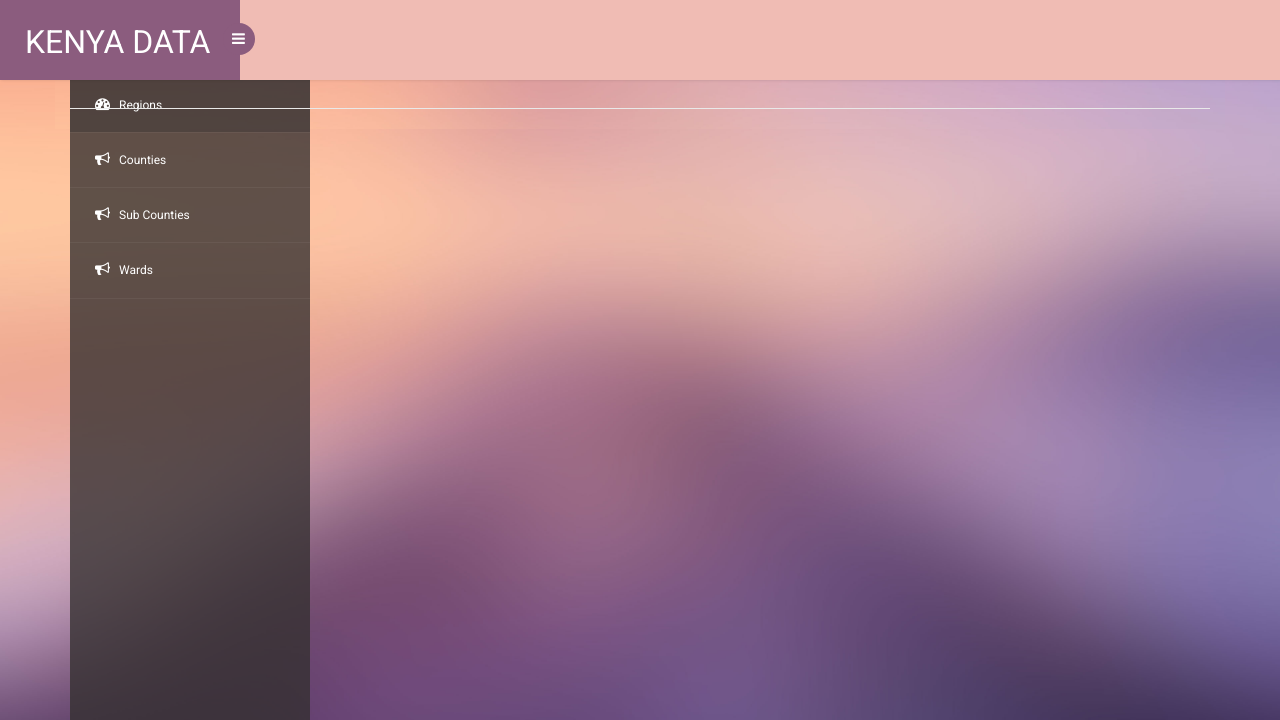
Repository: JessyLedama/KenyaSubdivisionData
Page: http://localhost/regions
An editor plug-in stored every save of this project. The page is shown before and after the next save, followed by the edit.
The browser window is 1280 px wide. The pictures show the whole page.
The page is served by the project's Laravel application, run on PHP 8.4 with Laravel 8. Other server files are loaded and not shown. Queries for data that is not in the repository find no rows.

Above is the page before, as saved 2022-08-30 14:35:54.

### routes/web.php
<?php

use Illuminate\Support\Facades\Route;
use App\Http\Controllers\CountyController;
use App\Http\Controllers\SubCountyController;
use App\Http\Controllers\RegionController;
use App\Http\Controllers\DataController;
use App\Http\Controllers\WardController;

/*
|--------------------------------------------------------------------------
| Web Routes
|--------------------------------------------------------------------------
|
| Here is where you can register web routes for your application. These
| routes are loaded by the RouteServiceProvider within a group which
| contains the "web" middleware group. Now create something great!
|
*/

Route::get('/', [DataController::class, 'index'])->name('data.index');

Route::get('/counties', [CountyController::class, 'index'])->name('counties.index');

Route::get('/sub-counties', [SubCountyController::class, 'index'])->name('subCounties.index');

Route::get('/wards', [WardController::class, 'index'])->name('wards.index');

Route::get('/regions', [RegionController::class, 'index'])->name('regions.index');

### app/Http/Controllers/RegionController.php
<?php

namespace App\Http\Controllers;

use App\Models\Region;
use Illuminate\Http\Request;
use App\Services\RegionService;

class RegionController extends Controller
{
    /**
     * Display a listing of the resource.
     *
     * @return \Illuminate\Http\Response
     */
    public function index()
    {
        $regionsData = RegionService::all();
        $regions = $regionsData['regions'];
        $regionsCount = $regionsData['regionsCount'];

        return view('regions.index', compact('regions', 'regionsCount'));
    }

    /**
     * Show the form for creating a new resource.
     *
     * @return \Illuminate\Http\Response
     */
    public function create()
    {
        return view('regions.create');
    }

    /**
     * Store a newly created resource in storage.
     *
     * @param  \Illuminate\Http\Request  $request
     * @return \Illuminate\Http\Response
     */
    public function store(Request $request)
    {
        //
    }

    /**
     * Display the specified resource.
     *
     * @param  \App\Models\Region  $region
     * @return \Illuminate\Http\Response
     */
    public function show(Region $region)
    {
        //
    }

    /**
     * Show the form for editing the specified resource.
     *
     * @param  \App\Models\Region  $region
     * @return \Illuminate\Http\Response
     */
    public function edit(Region $region)
    {
        //
    }

    /**
     * Update the specified resource in storage.
     *
     * @param  \Illuminate\Http\Request  $request
     * @param  \App\Models\Region  $region
     * @return \Illuminate\Http\Response
     */
    public function update(Request $request, Region $region)
    {
        //
    }

    /**
     * Remove the specified resource from storage.
     *
     * @param  \App\Models\Region  $region
     * @return \Illuminate\Http\Response
     */
    public function destroy(Region $region)
    {
        //
    }
}

### app/Services/RegionService.php
<?php

namespace App\Services;

use App\Models\Region;

class RegionService
{
    public static function all()
    {
        $regions = Region::paginate(10);
        $regionsCount = Region::count();

        return [
            'regions' => $regions,
            'regionsCount' => $regionsCount
        ];
    }
}

### app/Models/Region.php
<?php

namespace App\Models;

use Illuminate\Database\Eloquent\Factories\HasFactory;
use Illuminate\Database\Eloquent\Model;
use App\Models\County;

class Region extends Model
{
    use HasFactory;

    protected $fillable = [
        'name',
    ];

    public function county(){
        return $this->hasMany(County::class);
    }

    public function subCounties(){
        return $this->hasManyThrough(SubCounty::class, County::class);
    }
}

### resources/views/regions/index.blade.php


@extends('layouts.nav')

@section('content')
    <body class="container fluid">
        <div class="row counties-table">
            <div class="col-md-12">
                <div class="card">
                    <h3> Kenyan Regions ({{ $regionsCount }})</h3>
                </div>
                <div class="flex justify-center pt-8 sm:justify-start sm:pt-0">
                    <table class="table">
                        <thead class="thead-dark">
                            <tr>
                                <th scope="col"> Region Name </th>
                            </tr>
                        </thead>
                        <tbody>
                            @foreach($regions as $region)
                            <tr>
                                <td> {{ $region->name }} </td>
                            </tr>
                            @endforeach

                            <tr>
                                <td> {{ $regions->links() }} </td>
                            </tr>
                        </tbody>
                    </table>
                </div>
            </div>
        </div>
    </body>
@endsection

### resources/views/layouts/nav.blade.php
<!--A Design by Jessy Ledama
Author: Jessy Ledama
Author URL: http://simitechnologies.co.ke
License: MIT
-->
<!DOCTYPE html>
    <head>
        <title> Kenya Counties Data </title>
        <meta name="viewport" content="width=device-width, initial-scale=1">
        <meta http-equiv="Content-Type" content="text/html; charset=utf-8" />
        <meta name="keywords" content="Visitors Responsive web template, Bootstrap Web Templates, Flat Web Templates, Android Compatible web template,
        Smartphone Compatible web template, free webdesigns for Nokia, Samsung, LG, SonyEricsson, Motorola web design" />
        <script type="application/x-javascript"> addEventListener("load", function() { setTimeout(hideURLbar, 0); }, false); function hideURLbar(){ window.scrollTo(0,1); } </script>
        <!-- bootstrap-css -->
        <link rel="stylesheet" href="assets/css/bootstrap.min.css" >
        <!-- //bootstrap-css -->
        <!-- Custom CSS -->
        <link href="assets/css/style.css" rel='stylesheet' type='text/css' />
        <link href="assets/css/style-responsive.css" rel="stylesheet"/>
        <!-- font CSS -->
        <link href='//fonts.googleapis.com/css?family=Roboto:400,100,100italic,300,300italic,400italic,500,500italic,700,700italic,900,900italic' rel='stylesheet' type='text/css'>
        <!-- font-awesome icons -->
        <link rel="stylesheet" href="assets/css/font.css" type="text/css"/>
        <link href="assets/css/font-awesome.css" rel="stylesheet">
        <link rel="stylesheet" href="assets/css/morris.css" type="text/css"/>
        <!-- calendar -->
        <link rel="stylesheet" href="assets/css/monthly.css">
        <!-- //calendar -->
        <!-- //font-awesome icons -->
        <script src="assets/js/jquery2.0.3.min.js"></script>
        <script src="assets/js/raphael-min.js"></script>
        <script src="assets/js/morris.js"></script>
    </head>
    <body id="container">
        <!--header start-->
        <header class="header fixed-top clearfix">
            <!--logo start-->
            <div class="brand">
                <a href="{{ route('data.index') }}" class="logo">
                    KENYA DATA
                </a>
                <div class="sidebar-toggle-box">
                    <div class="fa fa-bars"></div>
                </div>
            </div>
            <!--logo end-->
        </header>
        <!--header end-->

        <!--sidebar start-->
        <aside>
            <div id="sidebar" class="nav-collapse">
                <!-- sidebar menu start-->
                <div class="leftside-navigation">
                    <ul class="sidebar-menu" id="nav-accordion">
                        <li>
                            <a class="active" href="{{ route('regions.index') }}">
                                <i class="fa fa-dashboard"></i>
                                <span>Regions</span>
                            </a>
                        </li>

                        <li>
                            <a href="{{ route('counties.index') }}">
                                <i class="fa fa-bullhorn"></i>
                                <span>Counties </span>
                            </a>
                        </li>

                        <li>
                            <a href="{{ route('subCounties.index') }}">
                                <i class="fa fa-bullhorn"></i>
                                <span>Sub Counties </span>
                            </a>
                        </li>

                        <li>
                            <a href="{{ route('wards.index') }}">
                                <i class="fa fa-bullhorn"></i>
                                <span>Wards </span>
                            </a>
                        </li>
                    </ul>
                </div>
                <!-- sidebar menu end-->
            </div>
        </aside>
        <!--sidebar end-->

        <main>
            @yield('content')
        </main>
        <!-- </div> -->
    <footer>
        @extends('layouts/footer')
    </footer>

### resources/views/layouts/footer.blade.php
<script src="assets/js/bootstrap.js"></script>
        <script src="assets/js/jquery.dcjqaccordion.2.7.js"></script>
        <script src="assets/js/scripts.js"></script>
        <script src="assets/js/jquery.slimscroll.js"></script>
        <script src="assets/js/jquery.nicescroll.js"></script>
        <!--[if lte IE 8]><script language="javascript" type="text/javascript" src="js/flot-chart/excanvas.min.js"></script><![endif]-->
        <script src="assets/js/jquery.scrollTo.js"></script>
        <script type="text/javascript" src="assets/js/monthly.js"></script>
    </body>
</html>

### public/assets/css/style-responsive.css
@media (min-width: 768px) and (max-width: 980px) {
    /*-*/
    .prd-row .action {
        right: 25px;
    }

    .hr-menu .brand{
        width: 100%;
    }

    .hr-menu .horizontal-menu {
        margin: 10px 0;
    }

    .hr-menu .hr-top-nav {
        margin-top: 10px;
        float: right;
    }
    .media-gal .item {
        width: 100%;
    }

    .media-filter {
        margin: 25px 0;
    }
}

@media (min-width: 480px) and (max-width: 767px) {
  .header{
    position: relative! important;
    margin-top: 80px ! important;
}
    .merge-header{
        margin-right: 0px !important;
    }
.brand{
    width: 100%;
    float: none;
    position: fixed;
    top: 0px;
    z-index: 1005;
}
    .sidebar-toggle-box{
        right: 10px;
    }
    .top-nav{
        margin-bottom: 20px;
    }
    .top-menu{
        margin-right: 10px;
    }
    .wrapper{
        margin-top: 0px;
    }
    ul.sidebar-menu {
        margin-top: 0px;
    }
    #sidebar{
        position: fixed !important;
        z-index: 1002;
        top: 80px;
    }
    #main-content{
        margin-left: 0px;
    }
    /*calendar*/
    .fc-button-inner {
        padding: 0;
    }
    /*-*/
    .prd-row .action {
        right: 25px;
    }

    .weather-full-info ul li {
        width: 15.8%;
    }

    .today-status {
        margin-bottom: 10px;
    }

    .hr-toggle {
        background: #32D2C9;
        color: rgba(0, 0, 0, 0.3);
        border-radius: 50%;
        -webkit-border-radius: 50%;
        height: 30px;
        line-height: 0;
        margin-top: -58px;
        position: fixed;
        right: 10px;
        width: 30px;
        z-index: 10000;
    }

    .hr-top-nav {
        display: inline-block;
        float: right;
        margin: 10px 0;
    }

    .horizontal-menu {
        width: 100%;
    }

    .horizontal-menu .navbar-nav > li {
        margin-bottom: 10px;
    }
    .lock-wrapper {
        padding: 0 20px;
    }

    .lock-wrapper img {
        width: 140px;
        height: 140px;
        margin-top: 10px;
    }

    .lock-pwd input {
        width: 70%;
    }

    #time {
        font-size: 100px;
    }
    .media-gal .item {
        width: 100%;
    }
    .media-filter {
        margin: 25px 0;
    }

    .media-filter + .pull-right, .media-filter + .pull-right + .btn  {
        float: left !important;
    }


}
@media (max-width:767px){

    .fixed-width #container, .fixed-width #container .header {
        width: 100%;
    }

    #sidebar{
        margin-left:-240px;
        -webkit-transition:all .3s ease-in-out;
        -moz-transition:all .3s ease-in-out;
        -o-transition:all .3s ease-in-out;
        transition:all .3s ease-in-out;
    }
    .hide-left-bar {
        margin-left:0px!important;
    }
    ul.sidebar-menu{
        padding-top: 0px;
    }
    /*-*/
    .prd-row .action {
        right: 25px;
    }
    .lock-wrapper {
        padding: 0 20px;
    }
    .lock-wrapper img {
        width: 140px;
        height: 140px;
        margin-top: 10px;
    }
    .lock-pwd input {
        width: 70%;
    }

    #time {
        font-size: 100px;
    }

    .media-gal .item {
        width: 100%;
    }
    .media-filter {
        margin: 25px 0;
    }

    .media-filter + .pull-right, .media-filter + .pull-right + .btn  {
        float: left !important;
    }

}
@media (max-width: 479px) {
    body{
        margin-top:80px !important;
    }
    .header{
        position: relative !important;

    }
    .merge-header{
        margin-right: 0px !important;
    }
    .brand{
        width: 100%;
        float: none;
        position: fixed;
        top: 0px;
        z-index: 1005;
    }
    .sidebar-toggle-box{
        right: 10px;
    }
    .top-nav{
        margin-bottom: 20px;
    }
    .top-menu{
        margin-right: 10px;
    }
    .wrapper{
        margin-top: 0px;
    }
    ul.sidebar-menu {
        margin-top: 0px;
    }
    #sidebar{
        position: fixed !important;
        z-index: 1002;
        top: 80px;
    }
    #main-content{
        margin-left: 0px;
    }
    .notify-row{
        float: none;
    }
    /*calendar*/
    .fc-button-inner, .fc-button-content {
        padding: 0;
    }
    .fc-header-title h2 {
        font-size: 12px!important;
    }
    .fc .fc-header-space {
        padding-left: 0;
    }
    .fc-state-active, .fc-state-active .fc-button-inner, .fc-state-active, .fc-button-today .fc-button-inner, .fc-state-hover, .fc-state-hover .fc-button-inner {
        background: none repeat scroll 0 0 #FFFFFF !important;
        color: #32323A !important;
    }
    .fc-state-default, .fc-state-default .fc-button-inner {
        background: none repeat scroll 0 0 #FFFFFF !important;
    }

    /*-*/
    .prd-row .action {
        right: 25px;
    }

    .weather-full-info ul li {
        width: 30%;
        margin-bottom: 10px;
    }

    .today-status {
        margin-bottom: 10px;
    }

    .hr-toggle {
        background: #32D2C9;
        color: rgba(0, 0, 0, 0.3);
        border-radius: 50%;
        -webkit-border-radius: 50%;
        height: 30px;
        line-height: 0;
        margin-top: -58px;
        position: fixed;
        right: 10px;
        width: 30px;
        z-index: 10000;
    }

    .hr-top-nav {
        display: inline-block;
        float: right;
        margin: 10px 0;
    }
    .horizontal-menu {
        width: 100%;
    }

    .horizontal-menu .navbar-nav > li {
        margin-bottom: 10px;
    }

    .lock-wrapper {
        padding: 0 20px;
    }
    .lock-wrapper img {
        width: 100px;
        height: 100px;
        margin-top: -25px;
    }

    .lock-pwd input {
        width: 70%;
    }

    #time {
        font-size: 50px;
    }

    .lock-pwd {
        padding: 0;
    }

    .media-gal .item {
        width: 100%;
    }

    .media-filter {
        margin: 5px 0;
    }

    .media-filter + .pull-right, .media-filter + .pull-right + .btn  {
        float: left !important;
    }

    .media-filter li a {
        margin-bottom: 10px;
        display: inline-block;
    }
}

Loaded but not shown: app/Http/Controllers/Controller.php (common file); public/assets/css/bootstrap.min.css (library); public/assets/css/font.css (library); public/assets/css/font-awesome.css (library); public/assets/css/morris.css (common file); public/assets/js/jquery2.0.3.min.js (library); public/assets/js/raphael-min.js (library); public/assets/js/morris.js (library); public/assets/js/bootstrap.js (library); public/assets/js/jquery.dcjqaccordion.2.7.js (library); public/assets/js/jquery.slimscroll.js (library); public/assets/js/jquery.nicescroll.js (library); public/assets/js/jquery.scrollTo.js (library); public/assets/js/monthly.js (386 lines, source omitted); public/assets/js/scripts.js (290 lines, source omitted); public/assets/css/style.css (3978 lines, source omitted); public/assets/css/monthly.css (446 lines, source omitted)

After the next save:
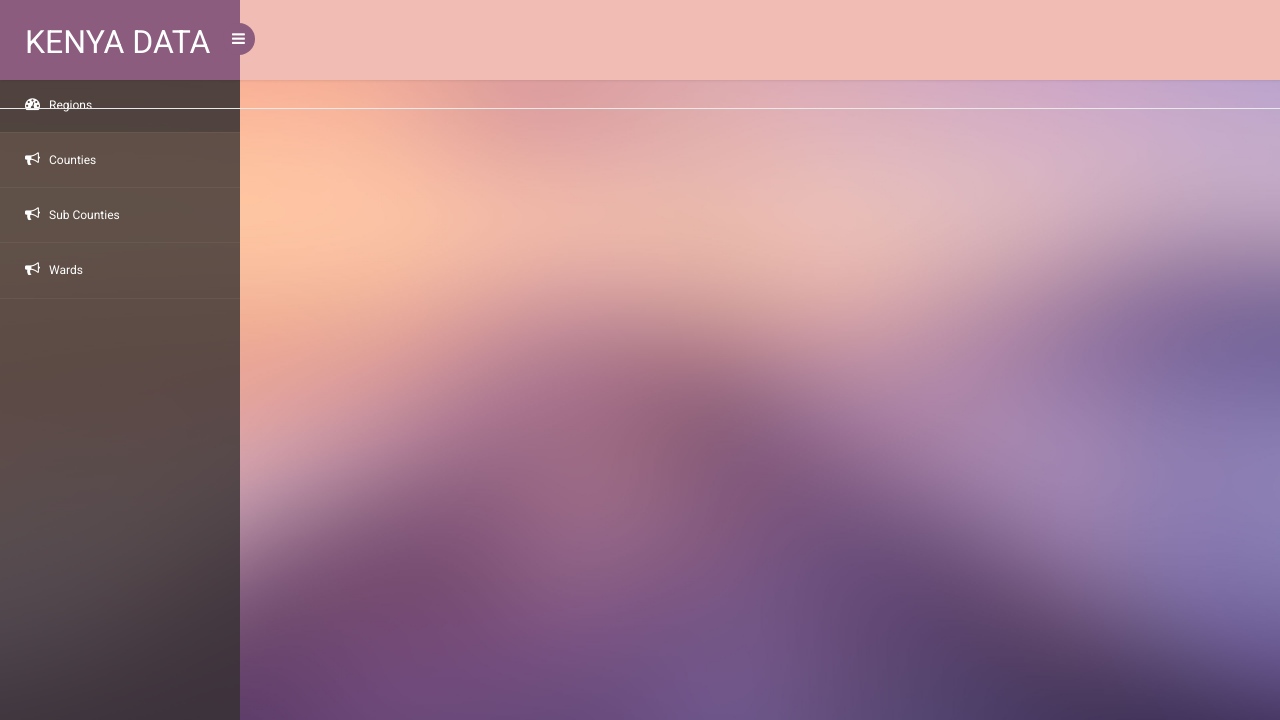
Saved 24 s later.
--- a/resources/views/regions/index.blade.php
+++ b/resources/views/regions/index.blade.php
@@ -3,7 +3,7 @@
 @extends('layouts.nav')
 
 @section('content')
-    <body class="container fluid">
+    <body class="">
         <div class="row counties-table">
             <div class="col-md-12">
                 <div class="card">

After the save that followed:
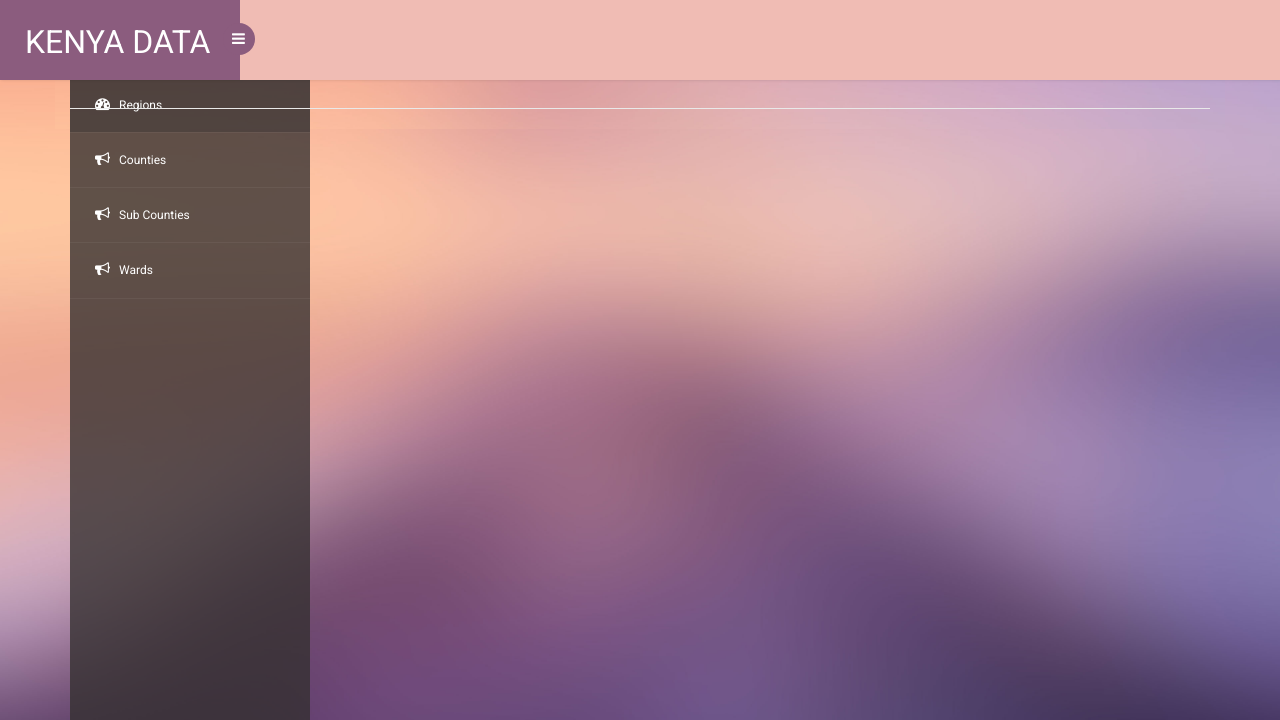
Saved 7 s later.
--- a/resources/views/regions/index.blade.php
+++ b/resources/views/regions/index.blade.php
@@ -3,7 +3,7 @@
 @extends('layouts.nav')
 
 @section('content')
-    <body class="">
+    <body class="container fluid">
         <div class="row counties-table">
             <div class="col-md-12">
                 <div class="card">
